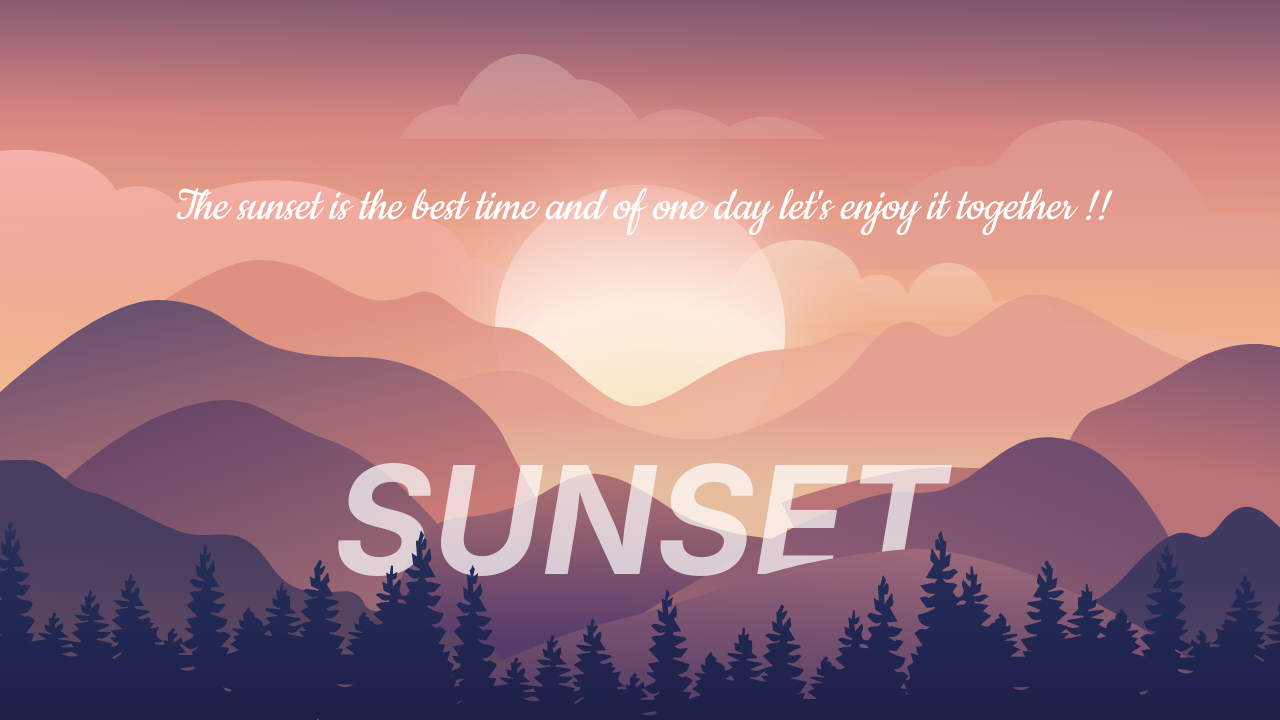
Repository: nambui98/parallax
Page: /
The author's editor kept a copy of each file at every save. The page is drawn from the files as they stood at one save, then again after the next save.
The browser window is 1280 px wide. The pictures show the whole page.
The project was rebuilt for these pictures with package versions that can differ from the ones it lists, and the page was loaded fresh each time. Also part of the build but not shown: vite.config.ts.

Above is the page before, as saved 2022-03-24 13:20:49.

After the next save:
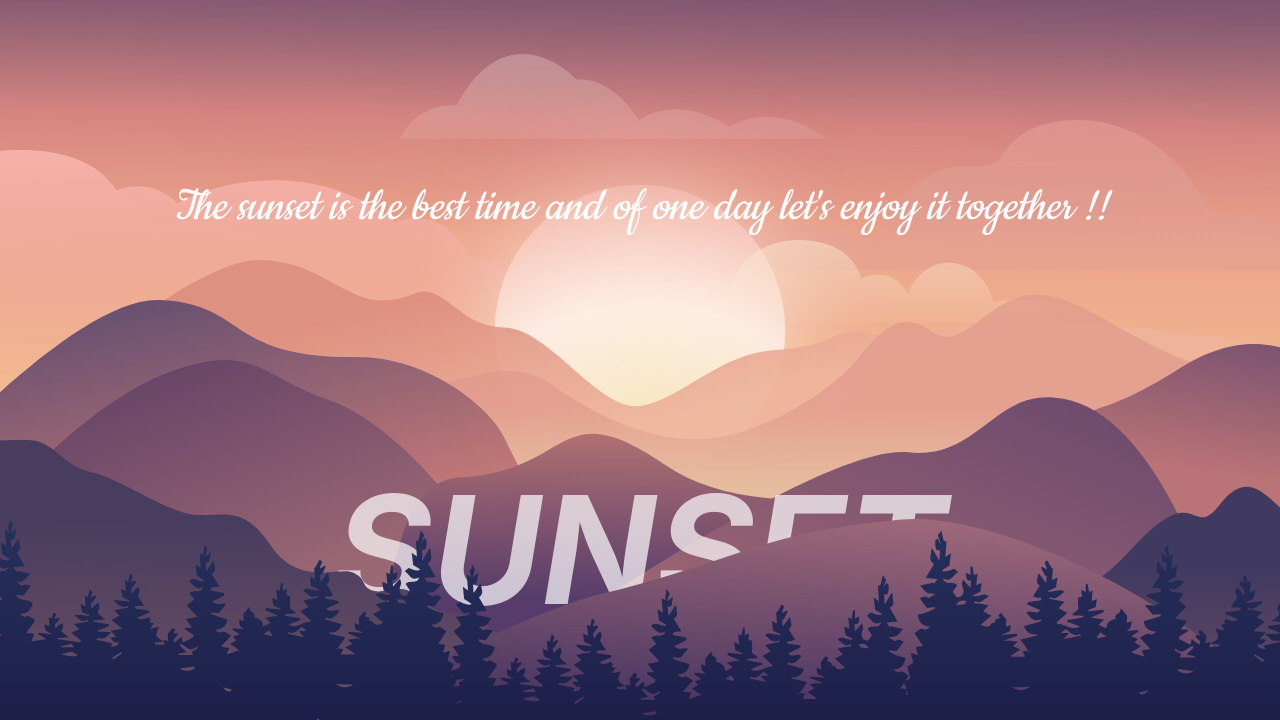
Saved 65 s later.
--- a/src/App.scss
+++ b/src/App.scss
@@ -31,7 +31,7 @@ html{
   }
   h1{
     position: absolute;
-    bottom: 11rem;
+    bottom: 8rem;
     width: 100%;
     font-size: 15rem;
     font-style: italic;
@@ -80,17 +80,17 @@ html{
       // z-index: 1;
     }
      &.bg_8{
-      bottom: -10rem;
+      bottom: -8rem;
       width: 100%;
       z-index: 1;
     }
     &.bg_9{
       width: 100%;
-      top: 40rem;
+      top: 36rem;
       // z-index: 1;
     }
     &.bg_10{
-      bottom: -13rem;
+      bottom: -10rem;
       z-index: 1;
     }
     &.bg_11{
